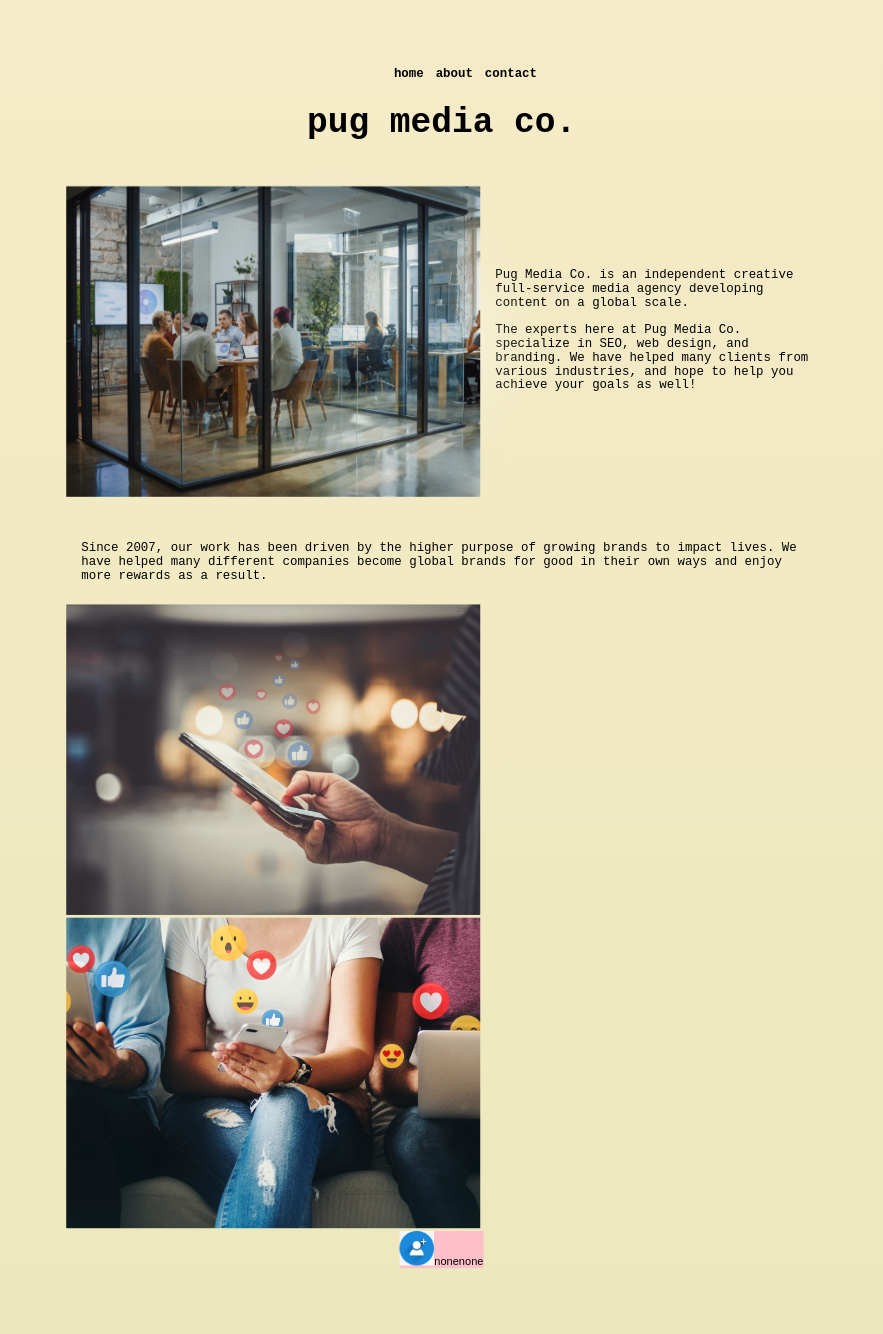
Repository: cheungglenda/MDIA2109-Week3
Page: /
An editor plug-in stored every save of this project. The page is shown before and after the next save, followed by the edit.
The browser window is 1280 px wide. The pictures show the whole page, at 69% of full size.
The project was rebuilt for these pictures with package versions that can differ from the ones it lists, and the page was loaded fresh each time. The framework's server and built-in components were replaced by stand-ins that run in the browser. Also part of the build but not shown: next.config.js.

Above is the page before, as saved 2023-01-20 23:04:18.

After the next save:
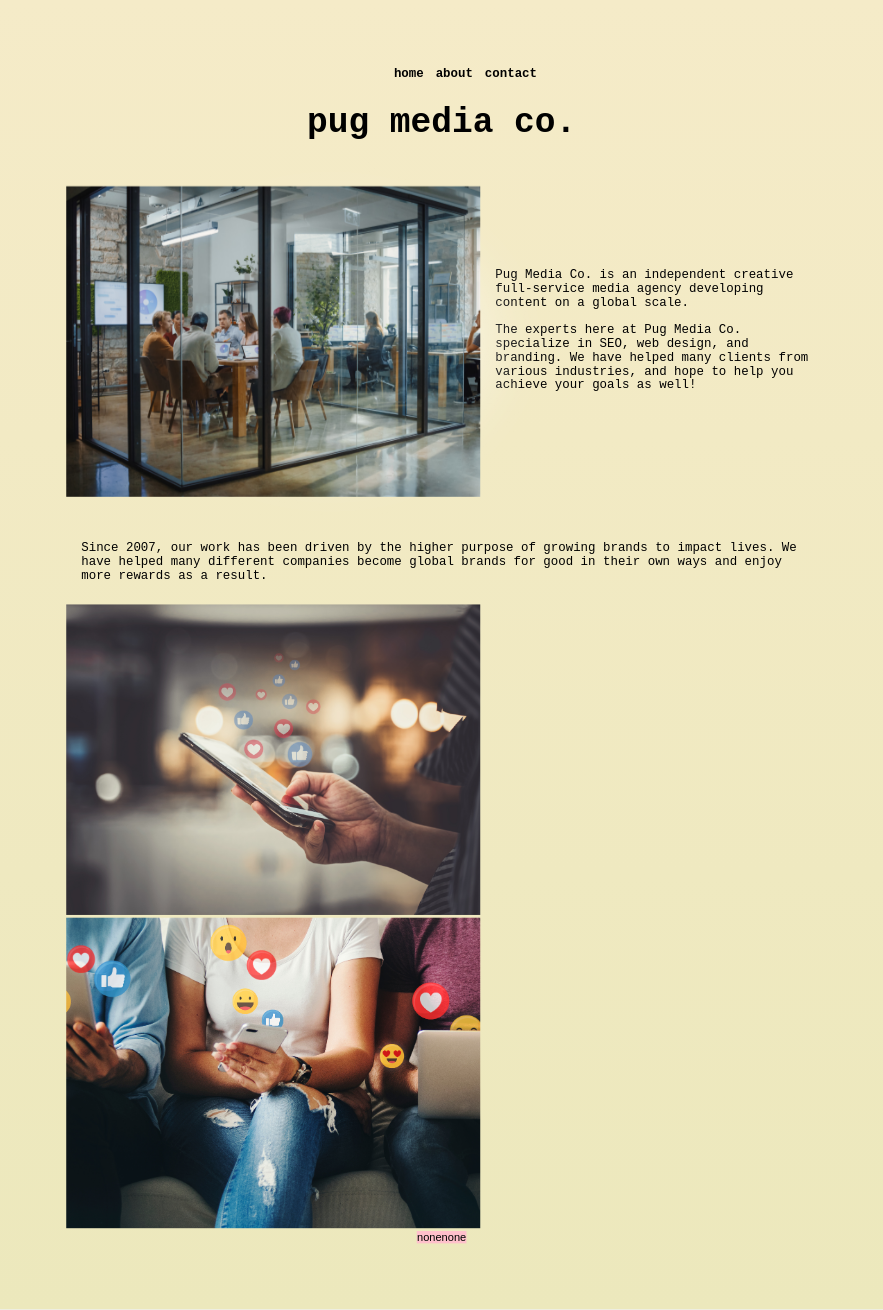
Saved 64 s later.
--- a/components/Card/index.js
+++ b/components/Card/index.js
@@ -12,11 +12,6 @@ export default function Card({
 }) {
     return (
         <div style={{backgroundColor: color, fontSize: font}}>
-            {
-                firstname === "Yi" ? <img src={'icon/person.png'} width="50"/> :
-                firstname === "Jennifer" ? <img src={'icon/personThree.png'} width="50"/> :
-                <img src={image} width="50"/>
-            }
             {firstname}
             {lastname}
         </div>

After the save that followed:
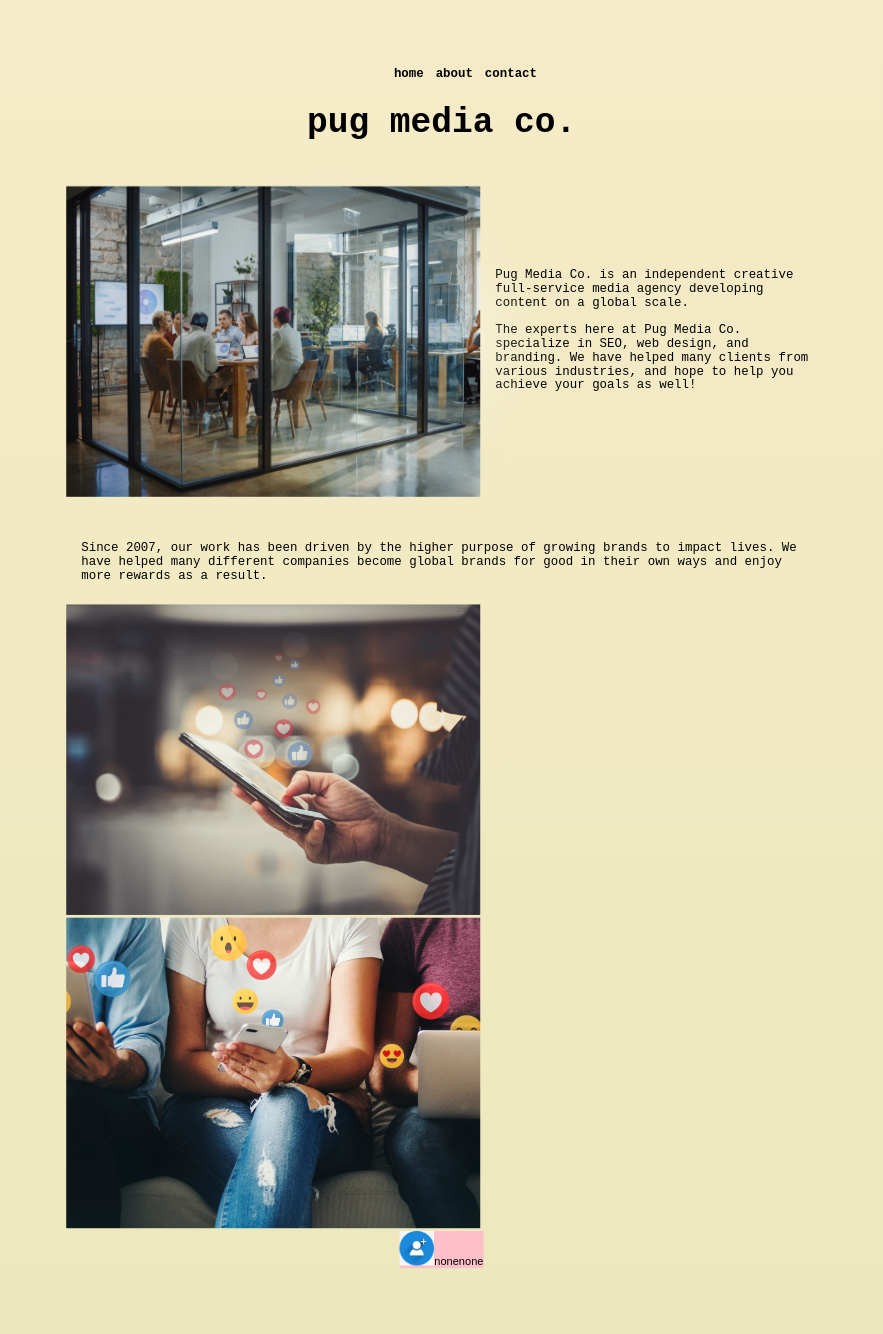
Saved 10 s later.
--- a/components/Card/index.js
+++ b/components/Card/index.js
@@ -12,6 +12,11 @@ export default function Card({
 }) {
     return (
         <div style={{backgroundColor: color, fontSize: font}}>
+            {
+                firstname === "Yi" ? <img src={'icon/person.png'} width="50"/> :
+                firstname === "Jennifer" ? <img src={'icon/personThree.png'} width="50"/> :
+                <img src={image} width="50"/>
+            }
             {firstname}
             {lastname}
         </div>
